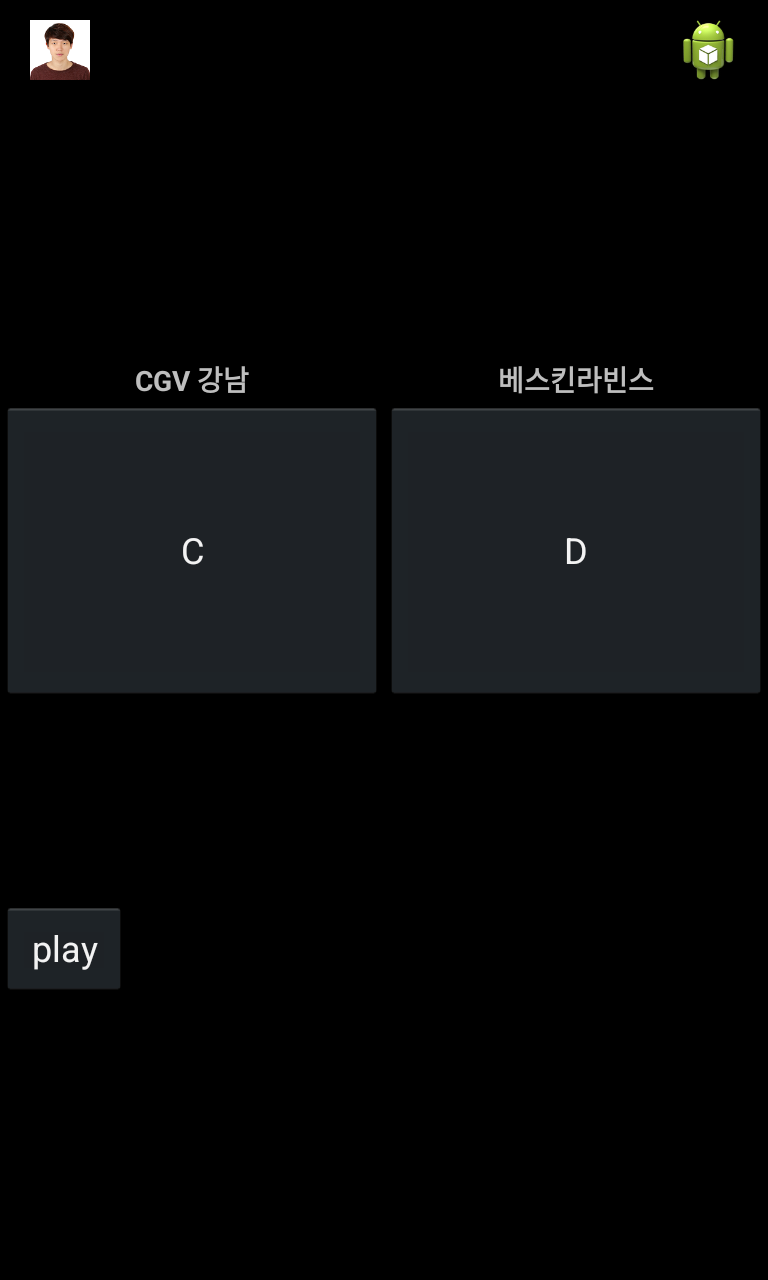
Repository: Minsu-Daniel-Kim/tipinboard1.0
Layout: TipinBoard1.0/res/layout/activity_main.xml
An editor plug-in stored every save of this project. The layout is shown before and after the next save, followed by the edit.
It is drawn on a 768 x 1280 px phone screen (xhdpi) without system bars, with theme android:Theme.Holo; the app's code is not run.

Above is the layout before, as saved 2013-04-15 13:58:31.

After the next save:
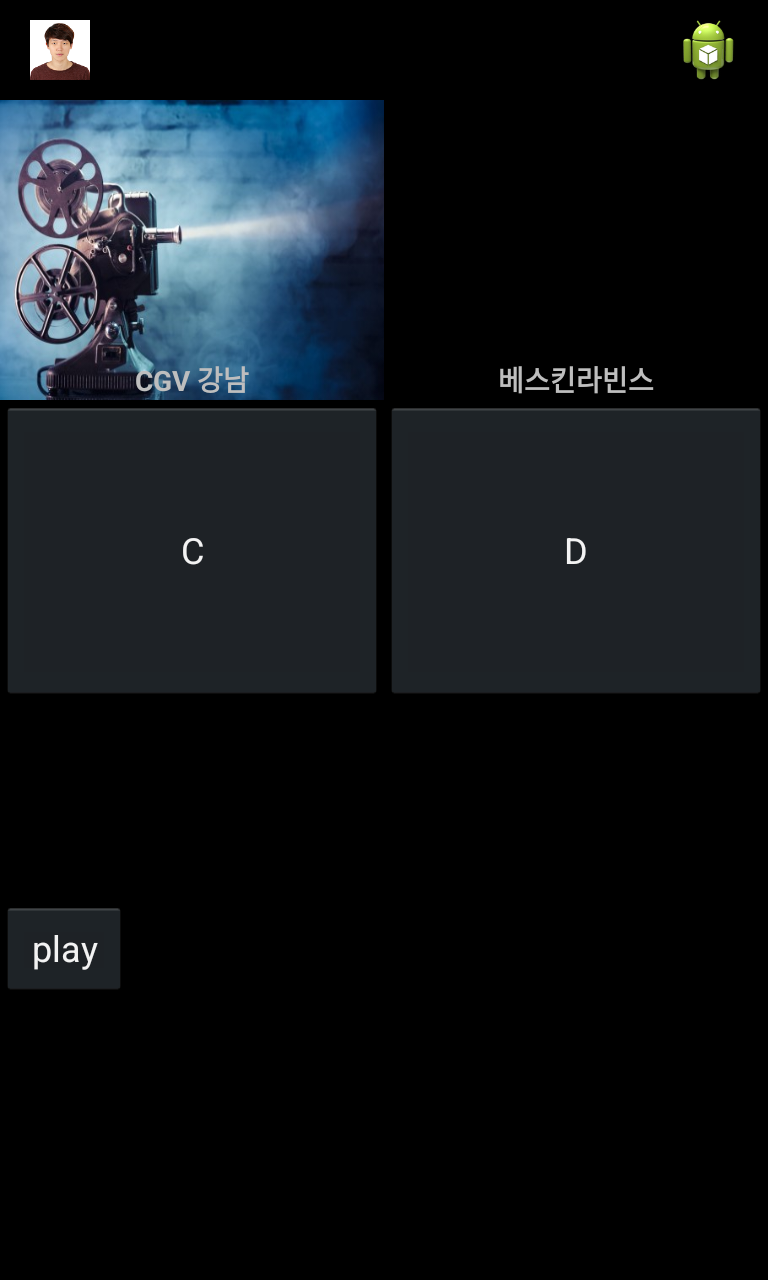
Saved 7 min 25 s later.
--- a/TipinBoard1.0/res/layout/activity_main.xml
+++ b/TipinBoard1.0/res/layout/activity_main.xml
@@ -57,6 +57,7 @@
             android:layout_width="0dp"
             android:layout_height="150dp"
             android:layout_weight="1"
+            android:background="@drawable/movie"
             android:onClick="detail" >
 
             <TextView
